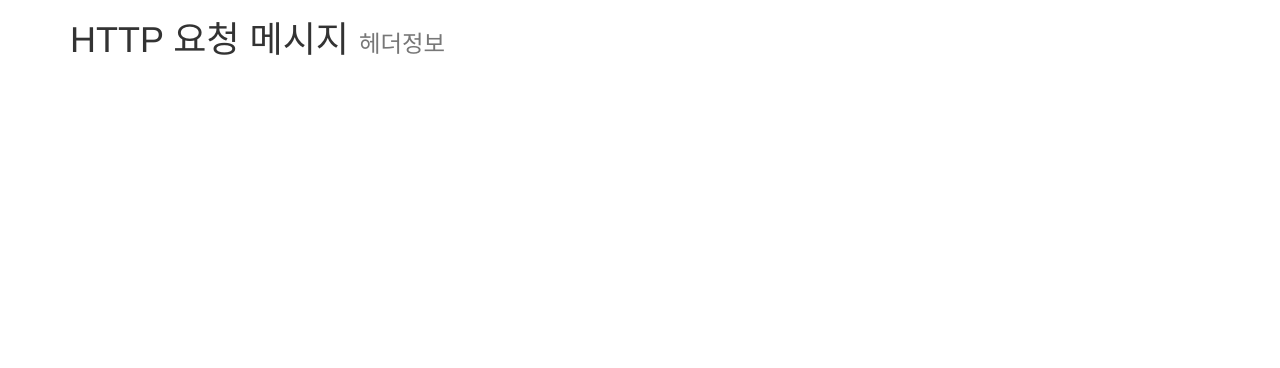
Repository: Hwang-97/HhwDesktop
Page: http://localhost/jspTest/ex05_request_header.jsp
The author's editor kept a copy of each file at every save. The page is drawn from the files as they stood at one save, then again after the next save.
The browser window is 1280 px wide. The pictures show the whole page.
The page is served by Tomcat 9.

Above is the page before, as saved 2022-01-06 06:43:01.

### server/jspTest/src/main/webapp/ex05_request_header.jsp
<%@ page language="java" contentType="text/html; charset=UTF-8"
    pageEncoding="UTF-8"%>
<!DOCTYPE html PUBLIC "-//W3C//DTD HTML 4.01 Transitional//EN" "http://www.w3.org/TR/html4/loose.dtd">
<html>
<head>
<meta http-equiv="Content-Type" content="text/html; charset=UTF-8">
<title>Insert title here</title>
<%@include file="/inc/asset.jsp" %>
<style>

</style>
</head>
<body>

	<div class="container">
		<h1>HTTP 요청 메시지 <small>헤더정보</small></h1>

	<!--  	<table class="table table-bordered">
			<tr>
				<th>헤더명(key)</th>
				<th>헤더값(value))</th>
			</tr>


		<hr>

		<p> : <%=request.getServerName() %></p>
		<p> : <%=request.getServerPort() %></p>
		<p> : <%=request.getRequestURI() %></p>
		<p> : <%=request.getQueryString() %></p>
		<p> : <%=request.getRemoteHost() %></p>
		<p> : <%=request.getProtocol() %></p>
		<p> : <%=request.getMethod() %></p>
		<p> : <%=request.getContextPath() %></p>
	</div>

<script>

</script>
</body>
</html>

### server/jspTest/src/main/webapp/inc/asset.jsp
<%@ page language="java" contentType="text/html; charset=UTF-8"
    pageEncoding="UTF-8"%>

<link rel="stylesheet" href="/jsp/asset/css/bootstrap.css">

<script src="/jsp/asset/js/jquery-1.12.4.js"></script>
<script src="/jsp/asset/js/bootstrap.js"></script>

Loaded but not shown: server/jspTest/src/main/webapp/asset/css/bootstrap.css (library); server/jspTest/src/main/webapp/asset/js/jquery-1.12.4.js (library); server/jspTest/src/main/webapp/asset/js/bootstrap.js (library)

After the next save:
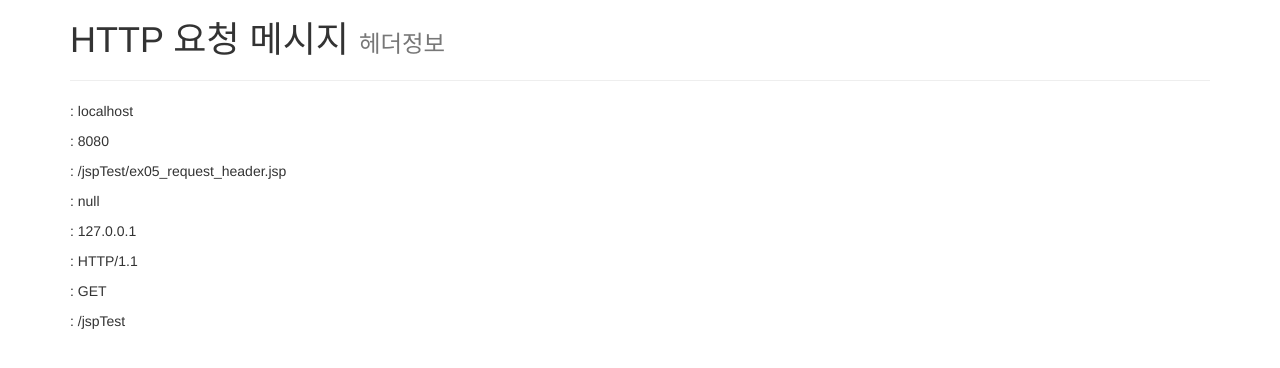
Saved 10 s later.
--- a/server/jspTest/src/main/webapp/ex05_request_header.jsp
+++ b/server/jspTest/src/main/webapp/ex05_request_header.jsp
@@ -15,12 +15,8 @@
 	<div class="container">
 		<h1>HTTP 요청 메시지 <small>헤더정보</small></h1>
 
-	<!--  	<table class="table table-bordered">
-			<tr>
-				<th>헤더명(key)</th>
-				<th>헤더값(value))</th>
-			</tr>
-
+	<!--
+		-->
 
 		<hr>
 
